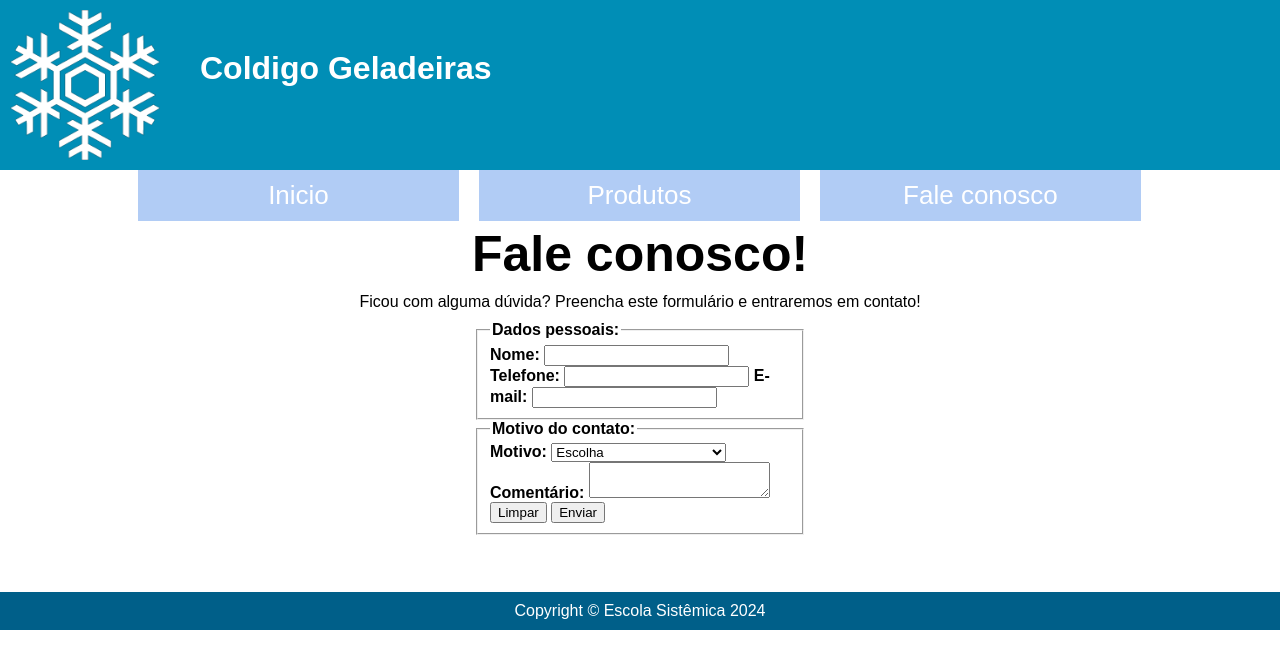
Repository: AndreiLGomes/faculdade
Page: http://localhost/ProjetoTrilhaWeb/pages/site/faleconosco.html
An editor plug-in stored every save of this project. The page is shown before and after the next save, followed by the edit.
The browser window is 1280 px wide. The pictures show the whole page.
The page is served by Tomcat 9.

Above is the page before, as saved 2024-04-10 23:26:59.

### 2 ano/WorkspaceTrilhaWeb/ProjetoTrilhaWeb/src/main/webapp/pages/site/faleconosco.html
<!DOCTYPE html>
<html lang="pt-br">
<head>
<meta charset="UTF-8">
<meta name="description" content="Site da Coldigo Geladeiras">
<meta name="keywords" content="Geladeiras, Frost-free, refrigeração">
<meta name="author" content="Escola Sistêmica">
<meta name="viewport" content="width=device-width, initial-scale=1.0">
<link rel="stylesheet" type="text/css" href="../../css/site.css">
<title>Coldigo Geladeiras</title>

</head>
<body>
	<header>
		<img alt="logo da Coldigo Geladeiras" src="../../img/logo.png">
		<h1>Coldigo Geladeiras</h1>
	</header>
	<nav>
		<a href="../../index.html"><div class="opcao">Inicio</div> </a> <a
			href="produtos.html">
			<div class="opcao">Produtos</div>
		</a> <a href="faleconosco.html">
			<div class="opcao">Fale conosco</div>
		</a>
	</nav>
	<section>

		<h2>Fale conosco!</h2>
		<p>Ficou com alguma dúvida? Preencha este formulário e entraremos
			em contato!</p>
		<form name="frmfaleconosco" method="post" action="#">

			<fieldset class="faleConosco">
				<legend>Dados pessoais:</legend>
				<label for="nome">Nome: </label> <input type="text" name="txtnome"
					id="nome"> <label for="fone">Telefone: </label> <input
					type="text" name="txtfone" id="fone"> <label for="email">E-mail:</label>
				<input type="email" name="txtemail" id="email">
			</fieldset>

			<fieldset class="faleConosco">

					<legend>Motivo do contato:</legend>
					<label for="motivo">Motivo: </label> <select name="selmotivo"
						id="motivo">
						<option value="">Escolha</option>
						<option value="RE">Reclamação</option>
						<option value="SU">Sugestão</option>
						<option value="PR">Informação sobre produto</option>
					</select> <label for="comentario">Comentário: </label>
					<textarea name="txacomentario" id="comentario"></textarea>
					<button type="reset">Limpar</button>
					<button type="submit">Enviar</button>


			</fieldset>
		</form>


	</section>
	<footer>Copyright &copy; Escola Sistêmica 2024 </footer>


</body>
</html>

### 2 ano/WorkspaceTrilhaWeb/ProjetoTrilhaWeb/src/main/webapp/css/site.css
@charset "UTF-8";

body {
	margin: 0 auto;
	font-family: "Century Gothic", sans-serif;
}

/* cabeçalho */
header {
	height: 170px;
	background-color: #008eb6;
}

header img {
	float: left;
	height: 150px;
	width: 150px;
	margin: 10px;
}

header h1 {
	float: left;
	margin: 50px 0 0 30px;
	color: #ffffff;
}
/*Menu*/
nav {
	clear: both;
	width: 80%;
	margin: 0px auto;
	height: 55px;
}

nav a {
	color: white;
	text-decoration: none;
	text-align: center;
}

nav .opcao {
	float: left;
	width: 31.3%;
	background-color: #b1ccf5;
	padding: 10px 0;
	margin: 0 1%;
	font-size: 26px;
}

nav .opcao:hover {
	background-color: #83afd3;
}

/* Área geral para conteúdos específicos de cada página */
section {
	clear: both;
	min-height: 360px;
	width: 100%;
	margin-top: 0px;
}
/*rodapé */
footer {
	background-color: #005f89;
	color: #fff;
	text-align: center;
	padding: 10px;
	margin-top: 7px;
}

/* Configuracão da página inicial */
section #top {
	width: 900px;
	margin: 0px auto;
	height: 250px;

}


.geladeira{
	height: 250px;
	width: 125px;
}

.direita{
	float: right;
}
.esquerda{
	float: left;
}

section #titulos{
	float: left;
	height: 250px;
	width: 650px;
	margin: 0px auto;
}

h2{
	text-align: center;
	margin-top: 0px;
	margin-bottom: 10px;
	font-size: 50px;
}

h3{
	text-align: center;
	margin-top: 50px;
	font-size: 20px;
}

p{
	clear: both;
	text-align: center;
	margin: 10px 80px;
}
/* Configuração da página de Produtos */

.tabelaProdutos{
	margin: 10px auto;
	text-align: center;
}

.tituloTabela{
	text-align: center;
	font-size: 30px;
	font-weight: bold;
	color: #fff;
	padding: 5px;
	border: transparent;
}

tr, td, th{
	border: 1px solid #B0C4DE;
	padding: 5px;
}
tr, td{
	font-size: 14px;
}

tr:nth-child(even){
	background-color: #B1CCF5;
}
tr:nth-child(odd){
	background-color: #83afd3;
}
.tabelaGeladeira{
	margin: 10px auto; /* botou no centro */
	text-align: center;
}
/*Configuração da página Fale conosco*/

.faleConosco{
	width: 300px;
	margin: 0px auto;
	font-weight: bolder;
}

After the next save:
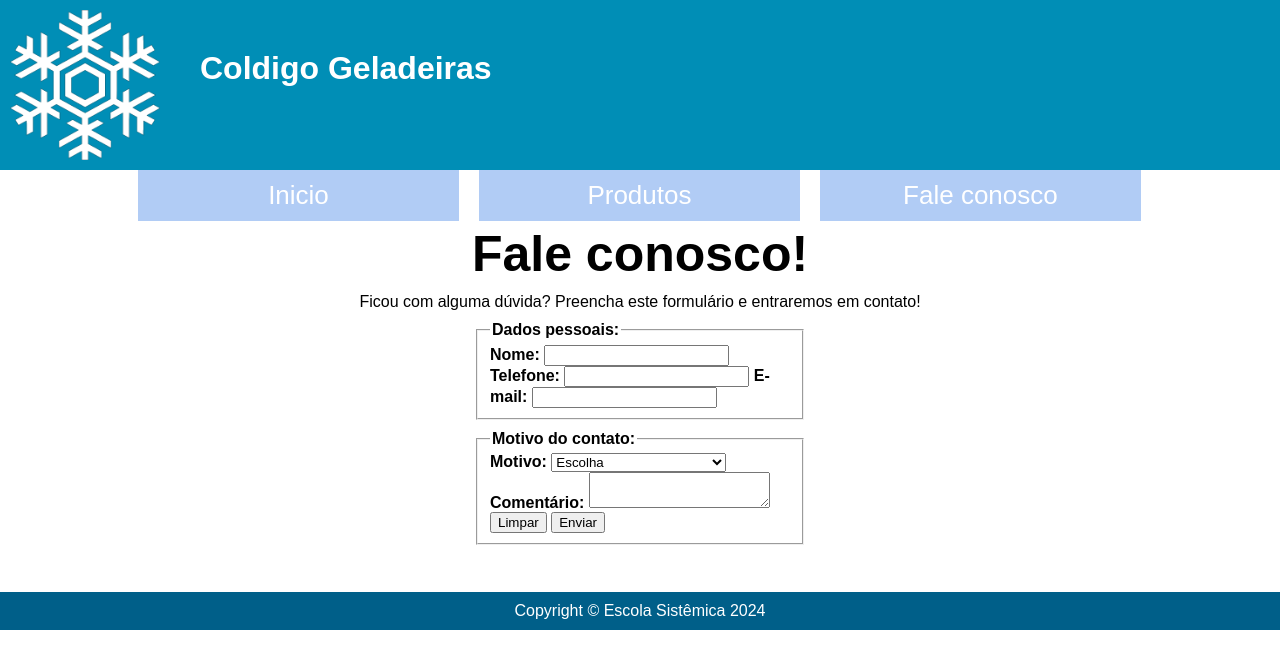
Saved 19 s later.
--- a/2 ano/WorkspaceTrilhaWeb/ProjetoTrilhaWeb/src/main/webapp/css/site.css
+++ b/2 ano/WorkspaceTrilhaWeb/ProjetoTrilhaWeb/src/main/webapp/css/site.css
@@ -152,4 +152,5 @@ tr:nth-child(odd){
 	width: 300px;
 	margin: 0px auto;
 	font-weight: bolder;
+	margin-bottom: 10px;
 }
